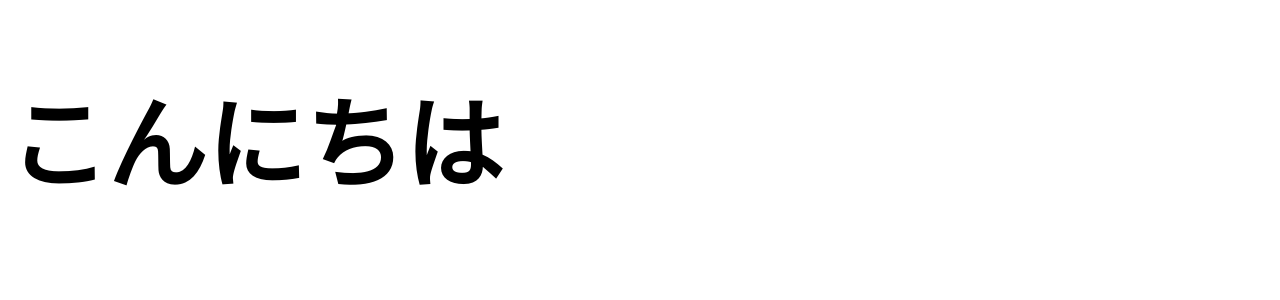
Repository: myojosamurai/Samurai_JS-
Page: javascript1/index10-3.html
The author's editor kept a record of every edit. The page is drawn from the files as they stood at one moment, then again after the next edit.
The browser window is 1280 px wide. The pictures show the whole page.

Above is the page before.

### javascript1/index10-3.html
<!DOCTYPE html>
<html lang="ja">
  <head>
    <meta charset="utf-8">
    <title>10.3 独自のダイアログボックスを作成する</title>
  </head>
<body>
    <h1 id="text">こんにちは</h1>

    <script>
    const h1 = document.getElementById("text");
    let count = 0;

    const timer = setInterval(() => {
        h1.style.fontSize = count + `px`;
        count++;

        if (count >= 100) clearInterval(timer);
    }, 10);
    </script>
</body>
</html>

After the next edit:
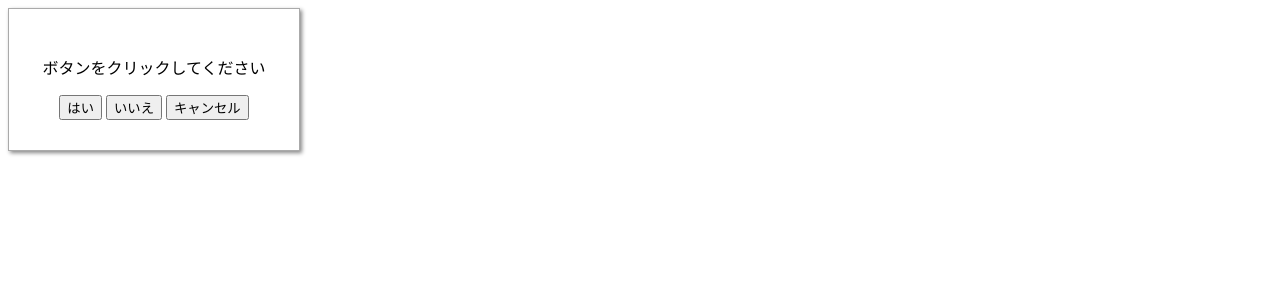
The edit:
--- a/javascript1/index10-3.html
+++ b/javascript1/index10-3.html
@@ -3,20 +3,26 @@
   <head>
     <meta charset="utf-8">
     <title>10.3 独自のダイアログボックスを作成する</title>
+    <style>
+    #dialog {
+      width: 250px;
+      padding: 30px 20px;
+      text-align: center;
+      border: 1px solid #aaa;
+      box-shadow: 2px 2px 4px #888;
+    }
+  </style>
   </head>
 <body>
-    <h1 id="text">こんにちは</h1>
+    <form id="dialog" name="dialog">
+      <p>ボタンをクリックしてください</p>
+      <input type="button" name="yes" value="はい" />
+      <input type="button" name="no" value="いいえ" />
+      <input type="button" name="cancel" value="キャンセル" />
+    </form>
 
     <script>
-    const h1 = document.getElementById("text");
-    let count = 0;
-
-    const timer = setInterval(() => {
-        h1.style.fontSize = count + `px`;
-        count++;
-
-        if (count >= 100) clearInterval(timer);
-    }, 10);
+        //JavaScriptを記述する場所
     </script>
 </body>
 </html>
